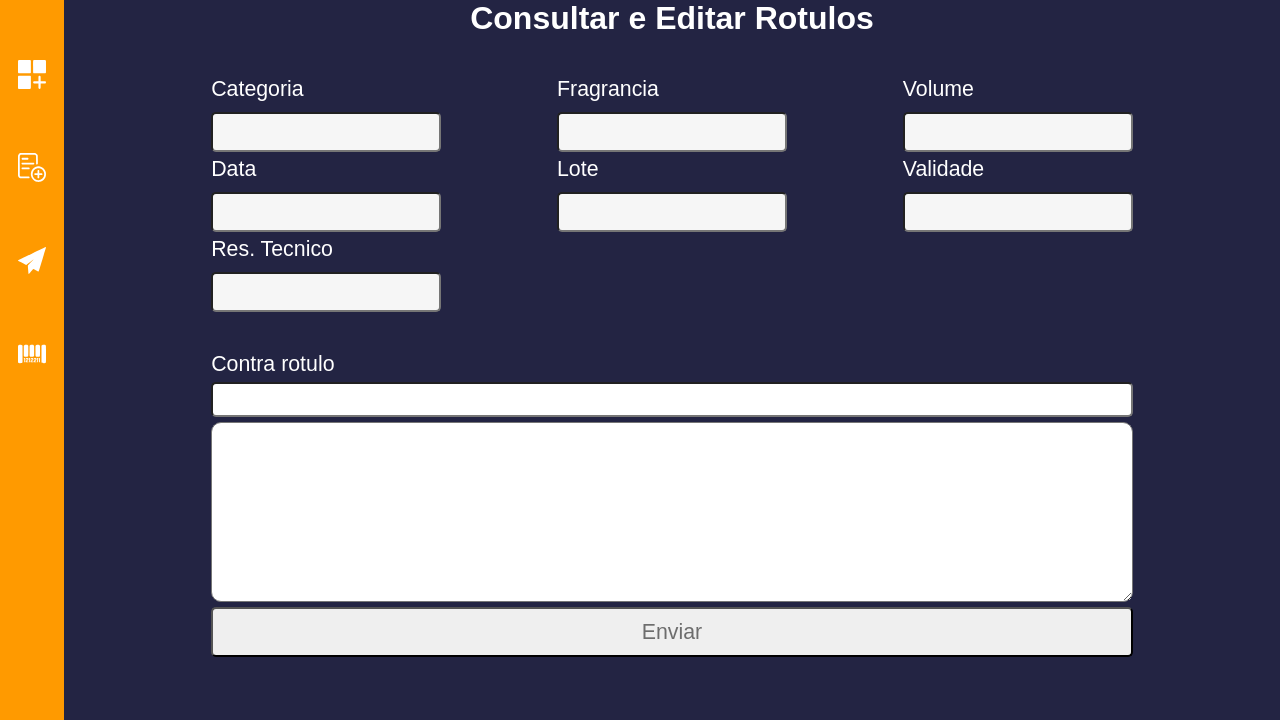
Repository: jeanjanrley/Organizador-de-rotulos
Page: /consultar
These files come from the project's save history. The page is drawn as it stood at one moment and after the next save; the edit follows.
The browser window is 1280 px wide. The pictures show the whole page.
The project was rebuilt for these pictures with package versions that can differ from the ones it lists, and the page was loaded fresh each time. Also part of the build but not shown: src/pages/home/Home.js.

Above is the page before, as saved 2021-06-26 15:47:57.

After the next save:
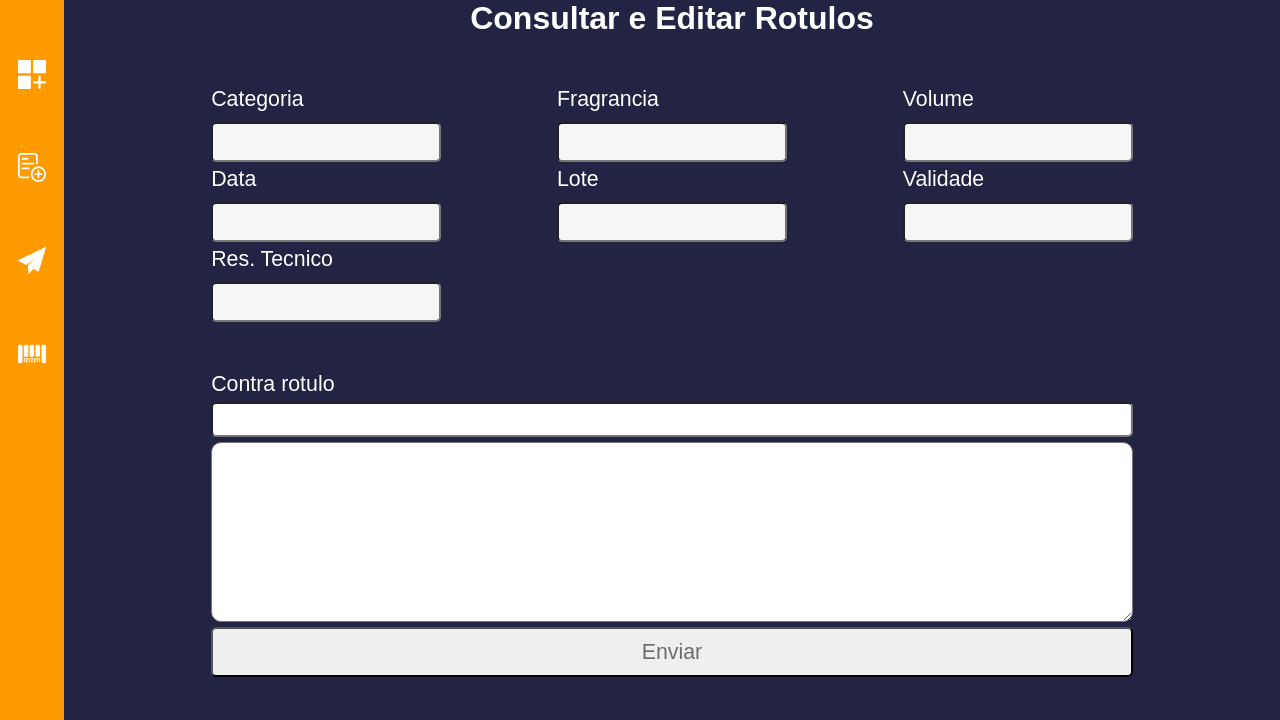
Saved 7 s later.
--- a/src/pages/home/styles.scss
+++ b/src/pages/home/styles.scss
@@ -1,5 +1,5 @@
 .Home{
-    gap: 40px;
+    gap: 50px;
 
     .filterArea{
         display: flex;
